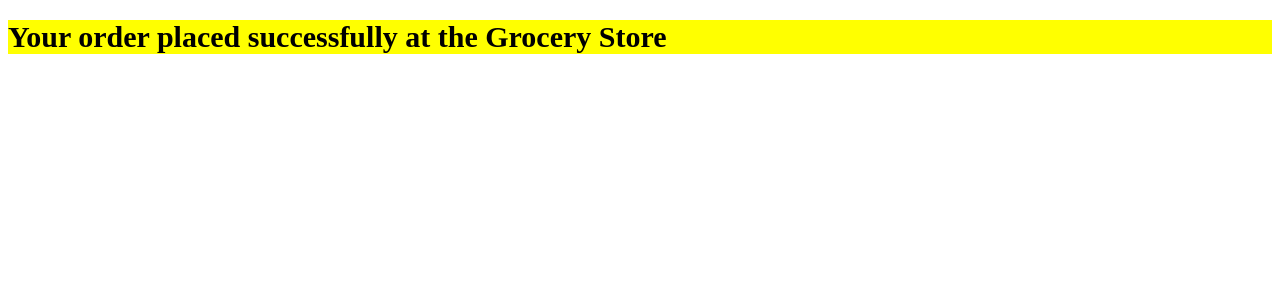
Repository: pournimapatil27/GroceryStoreMicroservice
Page: StoreLogin/src/main/resources/static/invalid.html
These files come from the project's save history. The page is drawn as it stood at one moment and after the next save; the edit follows.
The browser window is 1280 px wide. The pictures show the whole page.

Above is the page before, as saved 2021-11-29 16:29:24.

### StoreLogin/src/main/resources/static/invalid.html
<?xml version="1.0" encoding="UTF-8"?>
<!DOCTYPE html PUBLIC "-//W3C//DTD XHTML 1.0 Transitional//EN"
"http://www.w3.org/TR/xhtml1/DTD/xhtml1-transitional.dtd">
<html xmlns="http://www.w3.org/1999/xhtml"
      xmlns:h="http://java.sun.com/jsf/html">
   <h:head>
      <title>Welcome to Grocery Store</title>
   </h:head>
   <h:body>
      <h1 style="background-color:yellow;font-family:'Algerian';font-size:30px">Your order placed successfully at the Grocery Store</h1>
   </h:body>
</html>

After the next save:
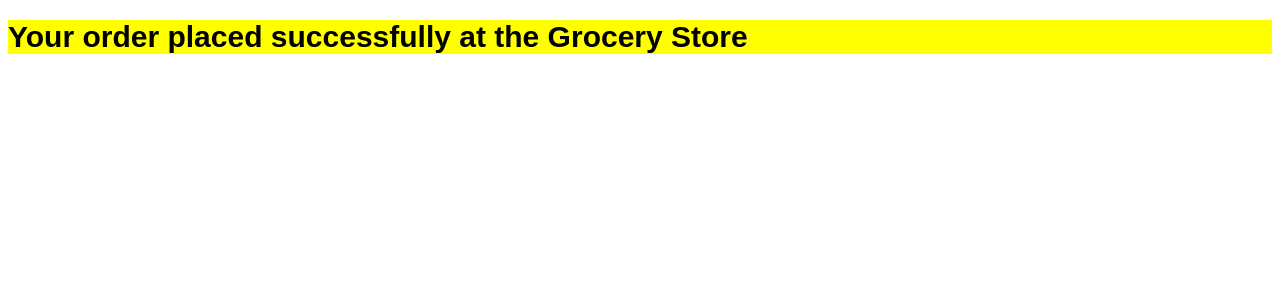
Saved 6 s later.
--- a/StoreLogin/src/main/resources/static/invalid.html
+++ b/StoreLogin/src/main/resources/static/invalid.html
@@ -7,6 +7,6 @@
       <title>Welcome to Grocery Store</title>
    </h:head>
    <h:body>
-      <h1 style="background-color:yellow;font-family:'Algerian';font-size:30px">Your order placed successfully at the Grocery Store</h1>
+      <h1 style="background-color:yellow;font-family:'Arial';font-size:30px">Your order placed successfully at the Grocery Store</h1>
    </h:body>
 </html>
